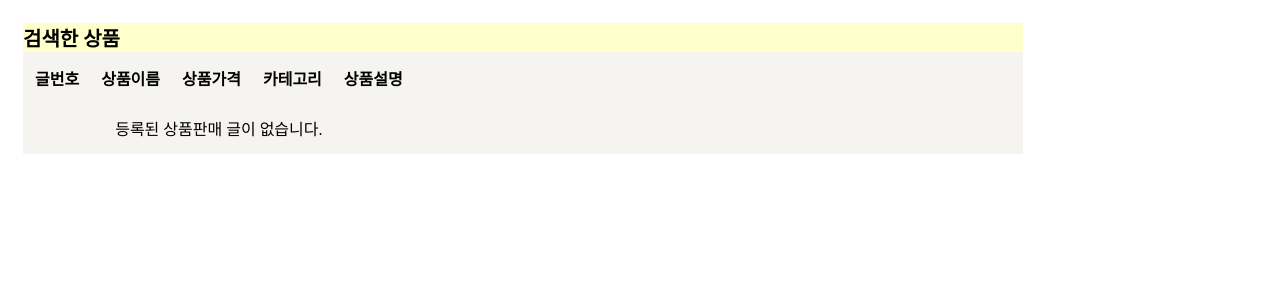
Repository: javadogfoot/semi-project
Page: http://localhost/tomato/admin/buyKeywordFind_ok.jsp
These files come from the project's save history. The page is drawn as it stood at one moment and after the next save; the edit follows.
The browser window is 1280 px wide. The pictures show the whole page.
The page is served by Tomcat 9. Other server files are loaded and not shown. Queries for data that is not in the repository find no rows.

Above is the page before, as saved 2021-10-18 17:51:38.

### semi프로젝트워크스페이스/tomato/src/main/webapp/admin/buyKeywordFind_ok.jsp
<%@ page language="java" contentType="text/html; charset=UTF-8"
    pageEncoding="UTF-8"%>
<%@ page import="java.util.*" %>
<%@ page import="tomato.sell.*" %>
<jsp:useBean id="sdao" class="tomato.sell.SellDAO"></jsp:useBean>
<%
request.setCharacterEncoding("utf-8");
String keyword=request.getParameter("keyword");
%>
<!DOCTYPE html>
<html>
<head>
<meta charset="UTF-8">
<title>Insert title here</title>
<style>
.table-responsive {
    width: 1000px;
   padding:15px;
    }
.table-wrapper {
        background: #F8E0E6;
      background: #f5f4f0;
      margin: 0px auto;
}
.table-title {
      background: #ffffcc;
      color: #red;
      margin: 0px auto;
      border-radius: 3px 3px 0 0;
}
.table-title h2 {
      font-size: 20px;
      font-color: #e9e9e9;
      margin: 0px auto;
}
table.table tr th, table.table tr td {
        border-color: #e9e9e9;
      padding: 12px 10px;
      vertical-align: middle;
}
table.table-striped.table-hover tbody tr:hover {
      background: #f5f5f5
}
</style>
</head>
<body>
<section>
   <article>
      <div class="container">
         <div class="table-responsive">
        <div class="table-wrapper">
        <div class="table-title">
        <div class="row">
        <div class="col-xs-5">
           <h2>검색한 <b>상품</b></h2>
        </div>
        </div>
        </div>
            <table class="table table-striped table-hover">
         <thead>
            <tr>
               <th>글번호</th>
               <th>상품이름</th>
               <th>상품가격</th>
               <th>카테고리</th>
               <th>상품설명</th>
            </tr>
         </thead>
         <tbody>
         <%
            ArrayList<SellDTO> arr=sdao.keywordFind(keyword);
            if(arr==null||arr.size()==0){
               %>
               <tr>
                  <td colspan="5" align="center">
                  등록된 상품판매 글이 없습니다.
                  </td>
               </tr>
               <%
            }else {
               for(int i=0;i<arr.size();i++){
                  %>
                  <tr>
                    <td><%=arr.get(i).getS_idx() %></td>
                    <td><a href="/tomato/buy/buyContent.jsp?s_idx=<%=arr.get(i).getS_idx() %>"><%=arr.get(i).getS_name() %></a></td>
                    <td><%=arr.get(i).getS_price() %></td>
                    <td><%=arr.get(i).getS_cate() %></td>
                    <td><%=arr.get(i).getS_con().substring(0,10) %>...</td>
                 </tr>
                  <%
               }
            }
            %>
         </tbody>
      </table>
      </div>
      </div>
      </div>
   </article>
</section>
</body>
</html>

### semi프로젝트워크스페이스/tomato/src/main/java/tomato/db/TomatoDB.java
package tomato.db;

import java.sql.*;
import javax.sql.*;
import javax.naming.*;

public class TomatoDB {

	static DataSource ds;

	static{
		try {
		Context initContext = new InitialContext();
		Context envContext  = (Context)initContext.lookup("java:/comp/env");
		ds = (DataSource)envContext.lookup("jdbc/myoracle");
		}catch(Exception e) {
			e.printStackTrace();
		}
	}

	public static Connection getConn() throws Exception{
		return ds.getConnection();
	}
}

Loaded but not shown: semi프로젝트워크스페이스/tomato/src/main/java/tomato/sell/SellDAO.java (869 lines, source omitted)

After the next save:
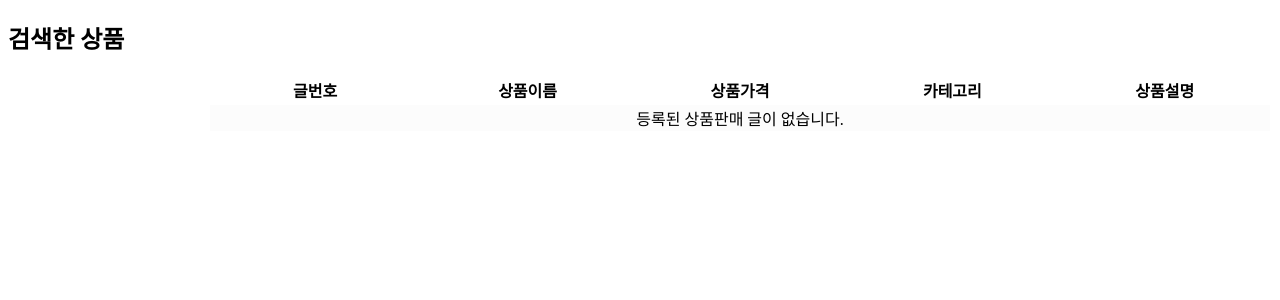
Saved 76 s later.
--- a/semi프로젝트워크스페이스/tomato/src/main/webapp/admin/buyKeywordFind_ok.jsp
+++ b/semi프로젝트워크스페이스/tomato/src/main/webapp/admin/buyKeywordFind_ok.jsp
@@ -13,50 +13,83 @@ String keyword=request.getParameter("keyword");
 <meta charset="UTF-8">
 <title>Insert title here</title>
 <style>
-.table-responsive {
-    width: 1000px;
-   padding:15px;
+#joinbtn1{
+   background-color: navy;
+   color: white;
+   font-weight: bold;
+   height:23px;
+   border: none;
+   margin:2px;
+}
+#joinbtn1:hover{
+   background: #f5f4f0;
+   color: navy;
+   font-weight: bold;
+   height:23px;
+   border: none;
+   margin:2px;
+}
+.sidebar {
+font-size : 3px;
+font-weight : bold;
+height: 500px;
+width: 200px;
+color: #999;
+background: #f5f4f0;
+}
+.sidebar a {
+padding: 15px 16px 15px 16px;
+text-decoration: none;
+font-size: 10pt;
+color: navy;
+display: block;
+border: 1px bold tomato;
+}
+.sidebar a:hover {
+color: tomato;
+}
+h3{
+   text-align: center;
+}
+li {
+   list-style-type: none;
+}
+h4 {
+   text-align: center;
+   margin: 0px auto;
+}
+aside {
+   width:200px;
+   float:left;
+}
+form {
+   text-align : center;
+}
+   table.table tr th, table.table tr td {
+       border-color: #e9e9e9;
+       width: 770px;
+       text-align: center;
     }
-.table-wrapper {
-        background: #F8E0E6;
-      background: #f5f4f0;
-      margin: 0px auto;
-}
-.table-title {
-      background: #ffffcc;
-      color: #red;
-      margin: 0px auto;
-      border-radius: 3px 3px 0 0;
-}
-.table-title h2 {
-      font-size: 20px;
-      font-color: #e9e9e9;
-      margin: 0px auto;
-}
-table.table tr th, table.table tr td {
-        border-color: #e9e9e9;
-      padding: 12px 10px;
-      vertical-align: middle;
-}
-table.table-striped.table-hover tbody tr:hover {
-      background: #f5f5f5
-}
+    table.table-striped tbody tr:nth-of-type(odd) {
+       background-color: #fcfcfc;
+   }
+   table.table-striped.table-hover tbody tr:hover {
+      background: #f5f5f5;
+   }
+   table.table td a {
+      font-weight: bold;
+      color: #566787;
+      display: inline-block;
+      text-decoration: none;
+      outline: none !important;
+   }
 </style>
 </head>
 <body>
 <section>
    <article>
-      <div class="container">
-         <div class="table-responsive">
-        <div class="table-wrapper">
-        <div class="table-title">
-        <div class="row">
-        <div class="col-xs-5">
            <h2>검색한 <b>상품</b></h2>
-        </div>
-        </div>
-        </div>
-            <table class="table table-striped table-hover">
+<table class="table table-striped table-hover" style="margin-left:200px;">
          <thead>
             <tr>
                <th>글번호</th>
@@ -93,9 +126,6 @@ table.table-striped.table-hover tbody tr:hover {
             %>
          </tbody>
       </table>
-      </div>
-      </div>
-      </div>
    </article>
 </section>
 </body>
